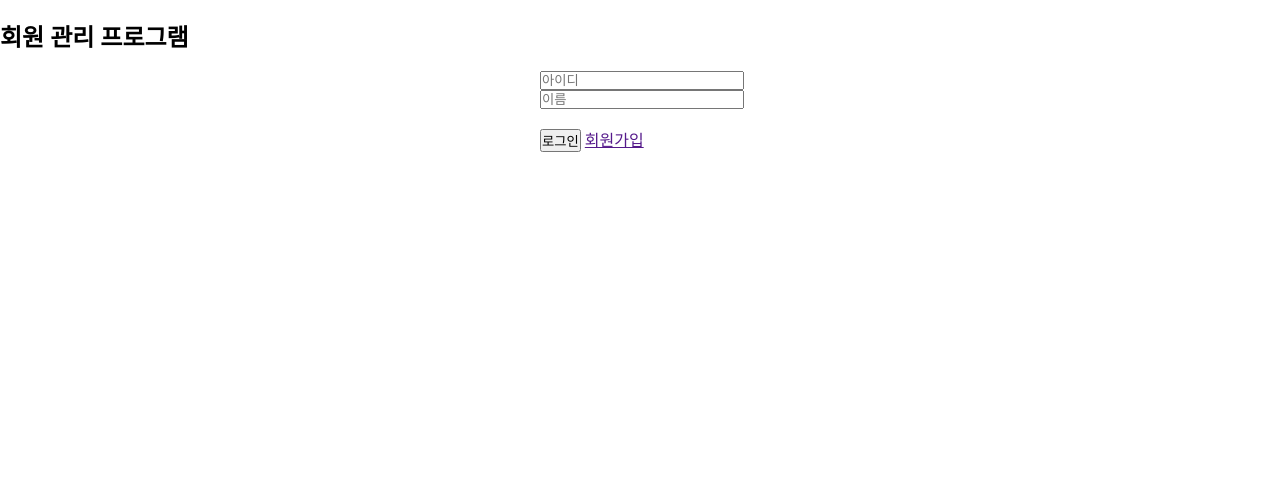
Repository: soeun1365/ServerProgram1
Page: http://localhost/ServerProgram1/login.jsp
An editor plug-in stored every save of this project. The page is shown before and after the next save, followed by the edit.
The browser window is 1280 px wide. The pictures show the whole page.
The page is served by Tomcat 9.

Above is the page before, as saved 2021-06-14 06:30:43.

After the next save:
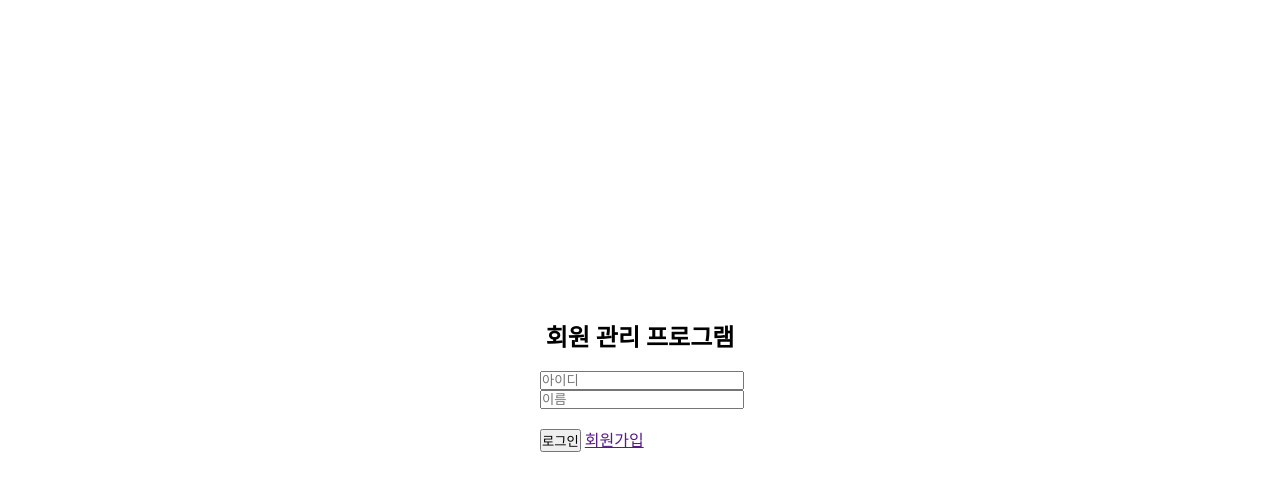
Saved 4 s later.
--- a/ServerProgram1/WebContent/login.jsp
+++ b/ServerProgram1/WebContent/login.jsp
@@ -11,7 +11,7 @@
 			margin: 0 auto;
 		}
 		h2{
-			margin-top: 300[x;]
+			margin-top: 300px;
 			text-align: center;
 		}
 		form, input{
